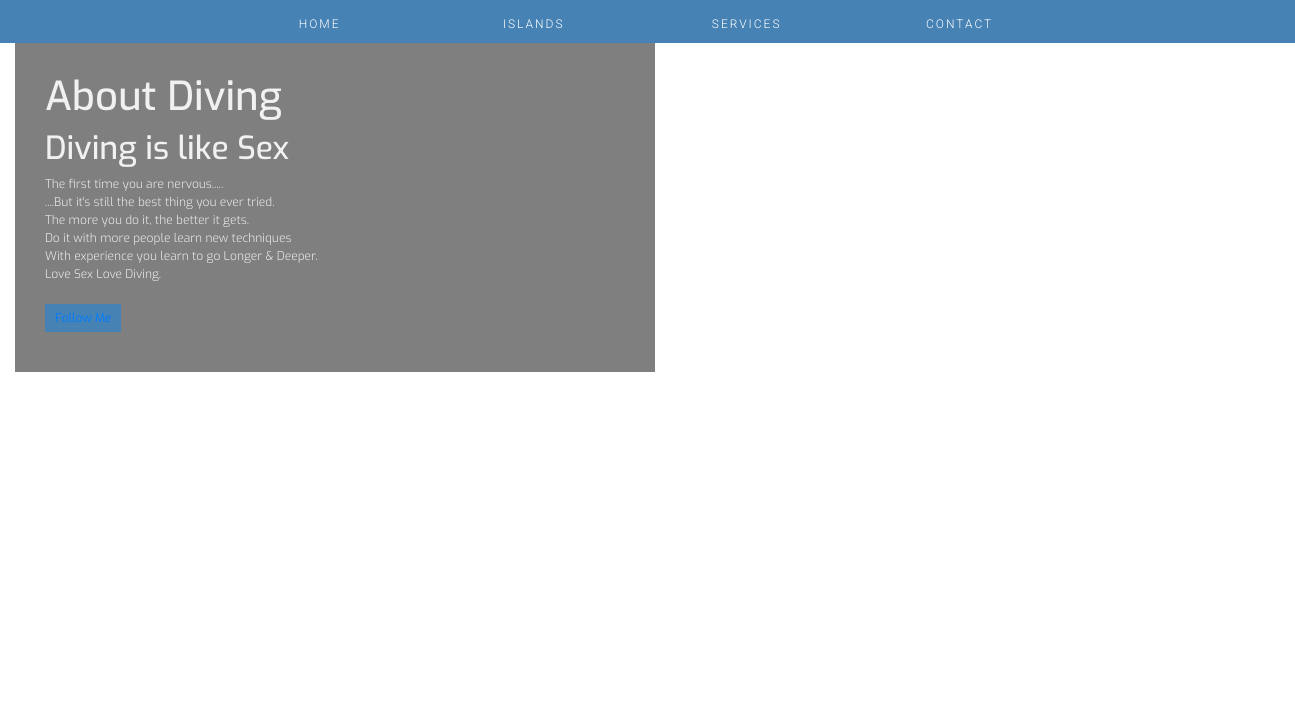
Repository: Code-Institute-Submissions/cathyann-diving.github.io
Page: home.html
The author's editor kept a record of every edit. The page is drawn from the files as they stood at one moment, then again after the next edit.
The browser window is 1280 px wide. The page is 1295 px wide, so the pictures cover 1295 px, including what lies to the right of the window. The pictures show the whole page.

Above is the page before.

After the next edit:
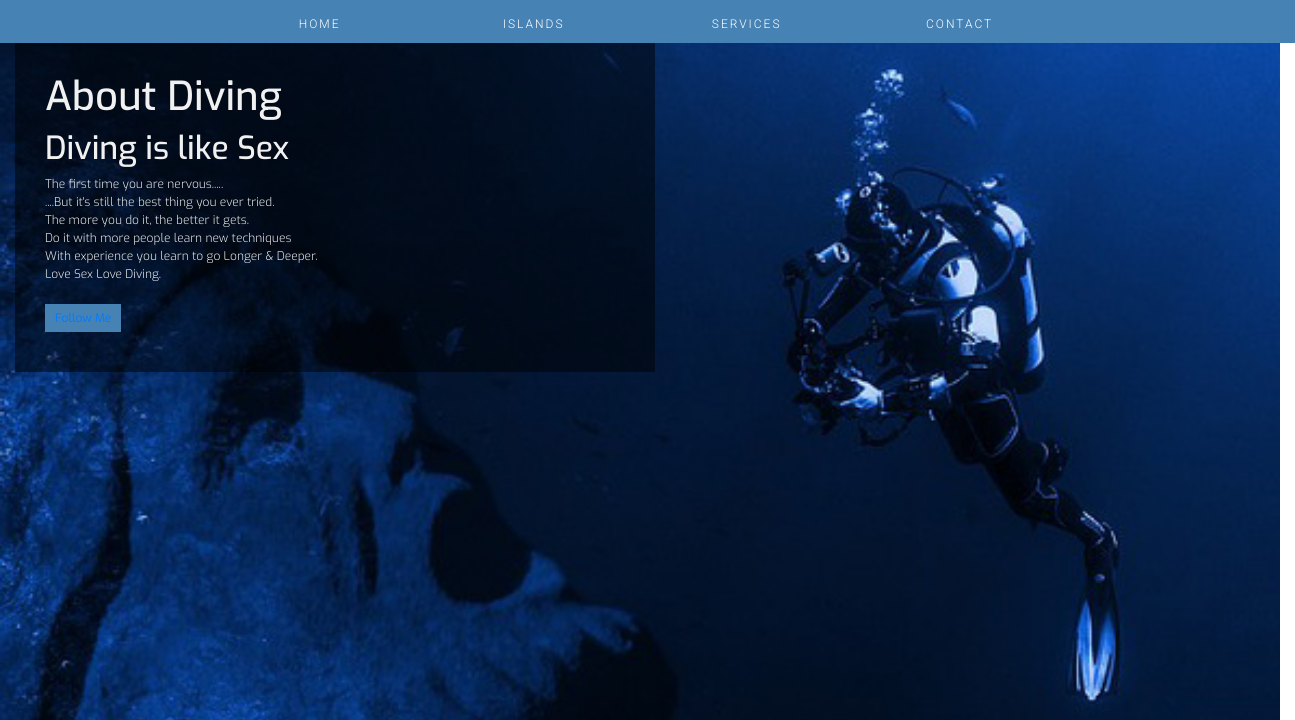
The edit:
--- a/assets/css/style.css
+++ b/assets/css/style.css
@@ -127,7 +127,17 @@
 }
 
 .bg-home {
+    position: fixed;
     background-image: url("../images/diver.jpg");
+    display: inline-block;
+    background-position: center;
+    background-repeat: no-repeat;
+    background-size: cover;
+    height: 100%;
+    width: 100%;
+    transition: all .5s ease-in-out;
+    -moz-transition: all .5s ease-in-out;
+    -webkit-transition: all .5s ease-in-out;
 }
 
 .container .content {

After the 2 edits that followed:
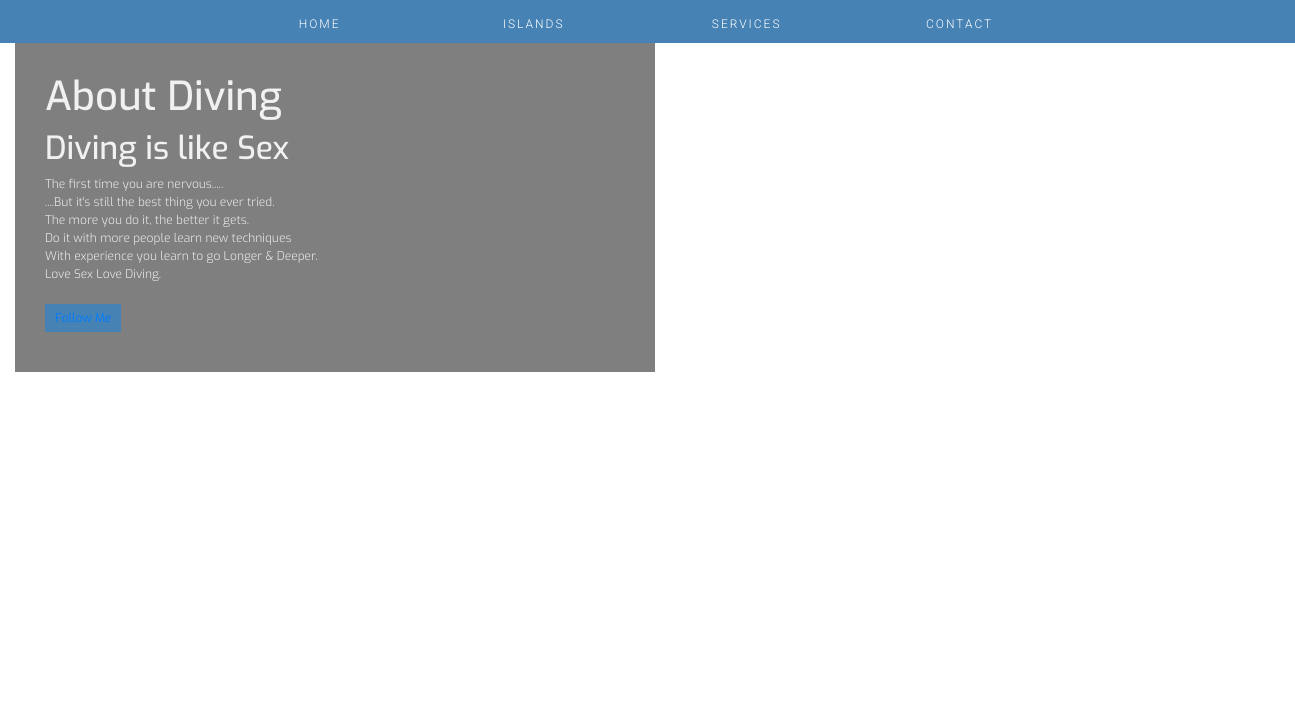
The 2 edits are shown as one change because 1 left the picture as it was.
The edit:
--- a/assets/css/style.css
+++ b/assets/css/style.css
@@ -4,7 +4,7 @@
 
 .bg-landing {
     position: fixed;
-    background-image: url("../images/nemo.jpg");
+    background-image: url("../images/jellyfish.jpg");
     display: inline-block;
     background-position: center;
     background-repeat: no-repeat;
@@ -126,20 +126,6 @@
     vertical-align: middle;
 }
 
-.bg-home {
-    position: fixed;
-    background-image: url("../images/diver.jpg");
-    display: inline-block;
-    background-position: center;
-    background-repeat: no-repeat;
-    background-size: cover;
-    height: 100%;
-    width: 100%;
-    transition: all .5s ease-in-out;
-    -moz-transition: all .5s ease-in-out;
-    -webkit-transition: all .5s ease-in-out;
-}
-
 .container .content {
     position: absolute;
     background: rgb(0, 0, 0, 0.5);
